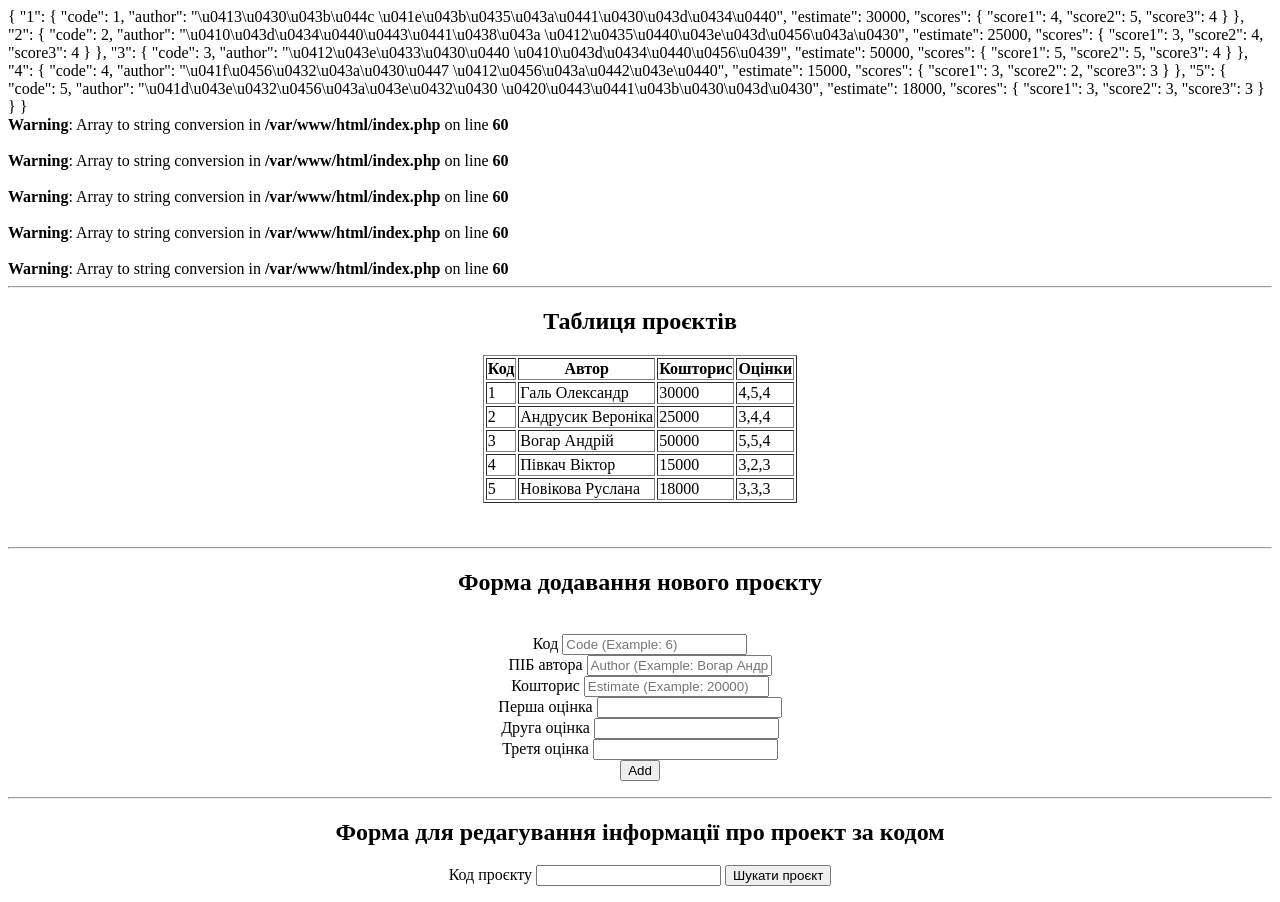
Repository: AndriyVohar/PHP-learn
Page: http://localhost/
These files come from the project's save history. The page is drawn as it stood at one moment and after the next save; the edit follows.
The browser window is 1280 px wide. The pictures show the whole page.
The page is run by PHP 8.4 with error messages shown; the project is at /var/www/html/.

Above is the page before, as saved 2023-10-04 19:53:55.

After the next save:
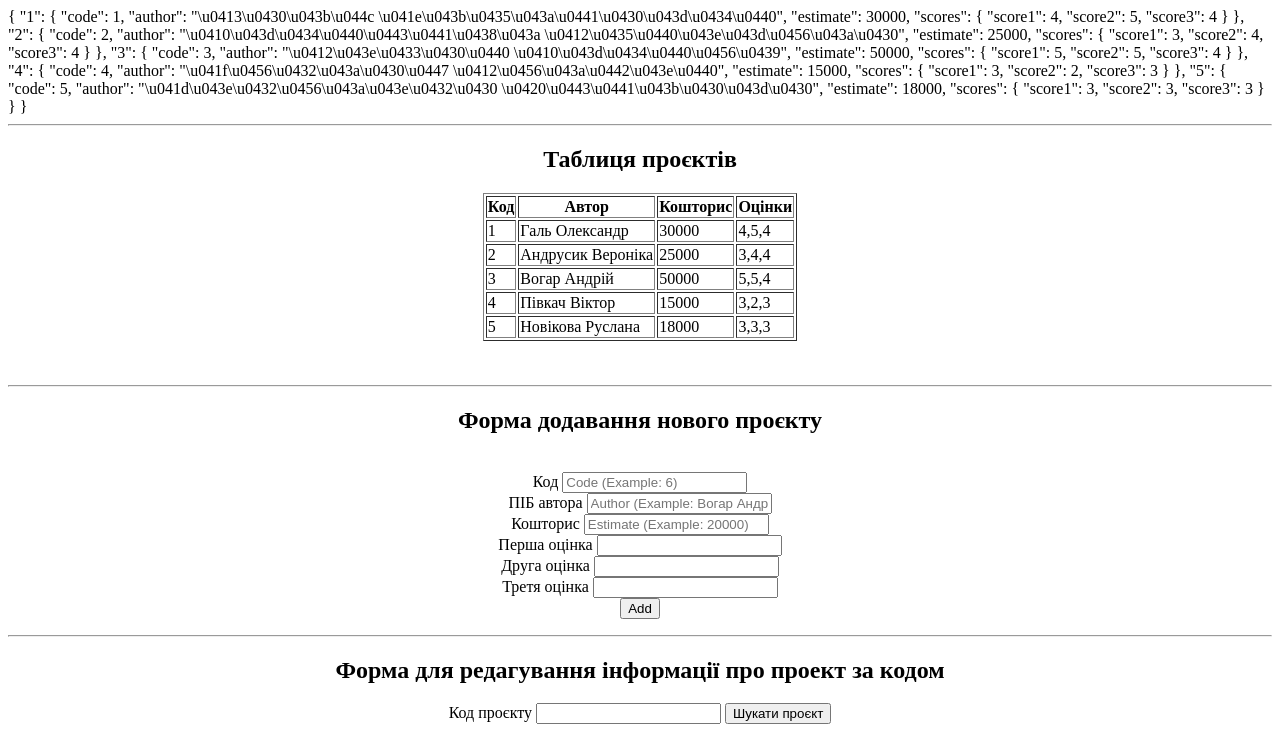
Saved 12 s later.
--- a/Lab-2/index.php
+++ b/Lab-2/index.php
@@ -57,7 +57,6 @@ $projects = [
 // $projectJSON = json_encode($projects);
 // fputs($fp,$projectJSON);
 // fclose($fp);
-file_put_contents('projects-data.json',$projects);
 //2. Вивести дані про об'єкти в таблицю.
 include 'table.phtml';
 
